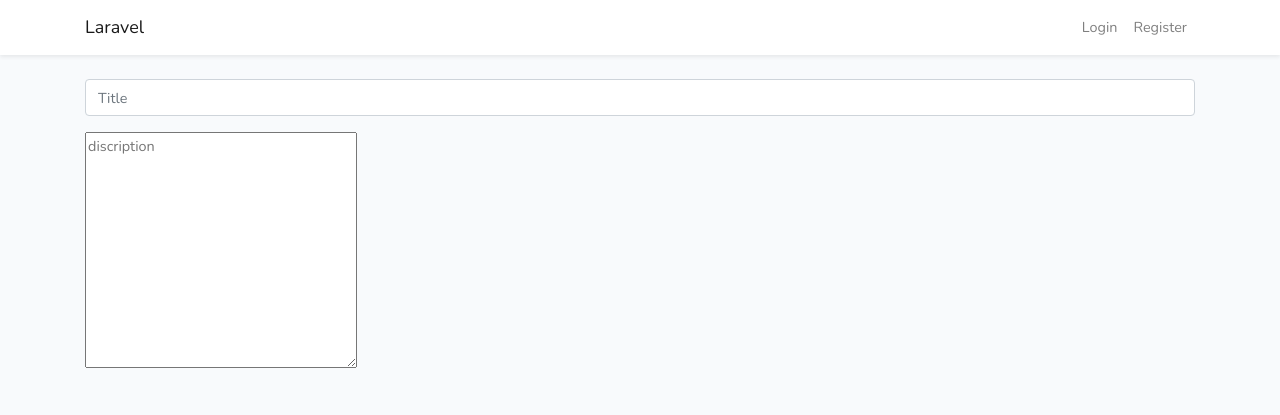
Repository: mohamedelbadawi/Simple-galley-using-laravel
Page: http://localhost/admin/albums/create
These files come from the project's save history. The page is drawn as it stood at one moment and after the next save; the edit follows.
The browser window is 1280 px wide. The pictures show the whole page.
The page is served by the project's Laravel application, run on PHP 8.4 with Laravel 8.

Above is the page before, as saved 2021-08-31 09:39:51.

After the next save:
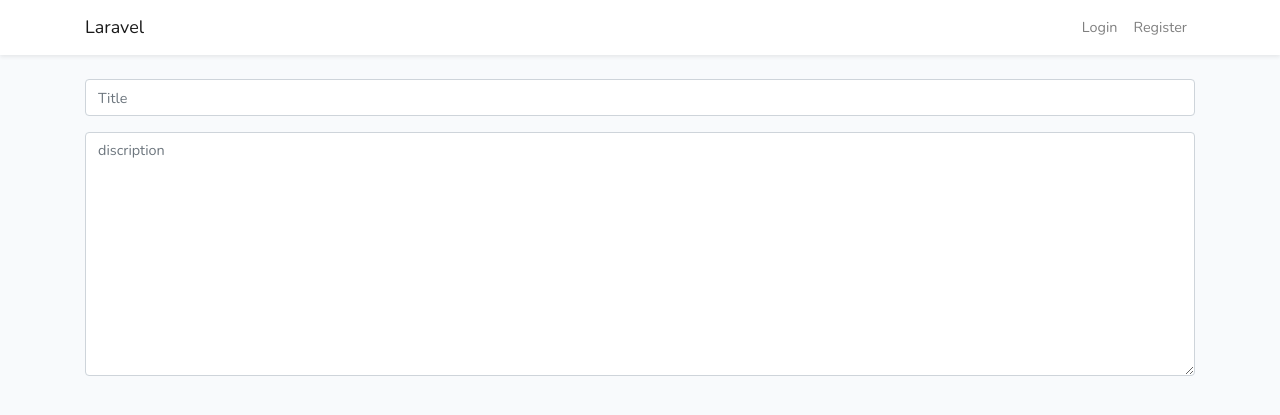
Saved 10 s later.
--- a/Gallery/resources/views/admin/albums/create.blade.php
+++ b/Gallery/resources/views/admin/albums/create.blade.php
@@ -8,7 +8,7 @@
             </div>
             <div class="form-group">
 
-                <textarea name="discription" id="" cols="30" rows="10" placeholder="discription"></textarea>
+                <textarea name="discription" id="" cols="30" class="form-control" rows="10" placeholder="discription"></textarea>
             </div>
 
         </form>
